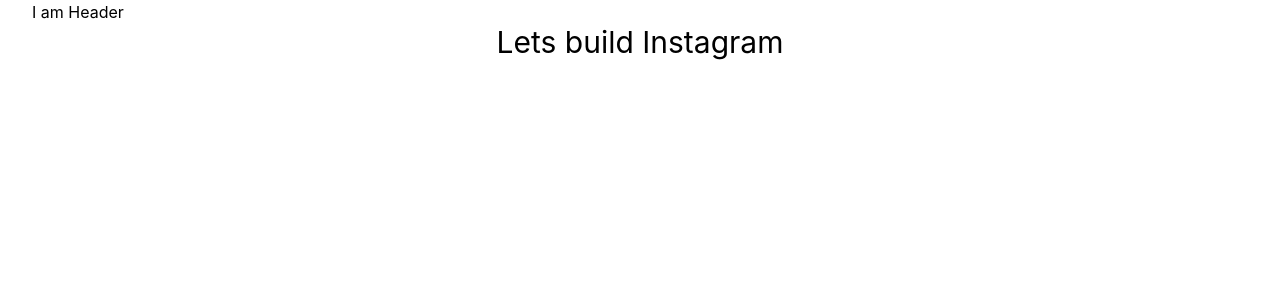
Repository: SehajBindra/insta--clone
Page: /
The author's editor kept a copy of each file at every save. The page is drawn from the files as they stood at one save, then again after the next save.
The browser window is 1280 px wide. The pictures show the whole page.
Pictures or frames that could not be fetched are drawn as grey boxes. The project was rebuilt for these pictures with package versions that can differ from the ones it lists, and the page was loaded fresh each time. The framework's server and built-in components were replaced by stand-ins that run in the browser. Also part of the build but not shown: next.config.js.

Above is the page before, as saved 2022-04-11 01:03:17.

### pages/index.js
import Head from 'next/head'
import Image from 'next/image'
import Header from '../components/Header'
import styles from '../styles/Home.module.css'

export default function Home() {
  return (
    <div className={styles.container}>
      <Head>
        <title>Instagram</title>
        <meta name="description" content="Generated by create next app" />
        <link rel="icon" href="https://upload.wikimedia.org/wikipedia/commons/thumb/a/a5/Instagram_icon.png/600px-Instagram_icon.png" />

      </Head>
      <Header />
     <h1 className='text-3xl text-center' >Lets build Instagram</h1>
    </div>
  )
}

### components/Header.js
import React from 'react'
import Image from 'next/image';
function Header() {
  return (
    <div><h1>I am Header</h1>

    <div className='relative w-24'>
        <Image src= "https://links.papareact.com/ocw" layout="fill" />
    </div>

    </div>
  )
}

export default Header

### tailwind.config.js
module.exports = {
  content: ["./pages/**/*.{js,ts,jsx,tsx}",
  "./components/**/*.{js,ts,jsx,tsx}",],
  theme: {
    extend: {},
  },
  plugins: [],
}

Loaded but not shown: pages/_app.js (common file); styles/globals.css (common file); styles/Home.module.css (common file)

After the next save:
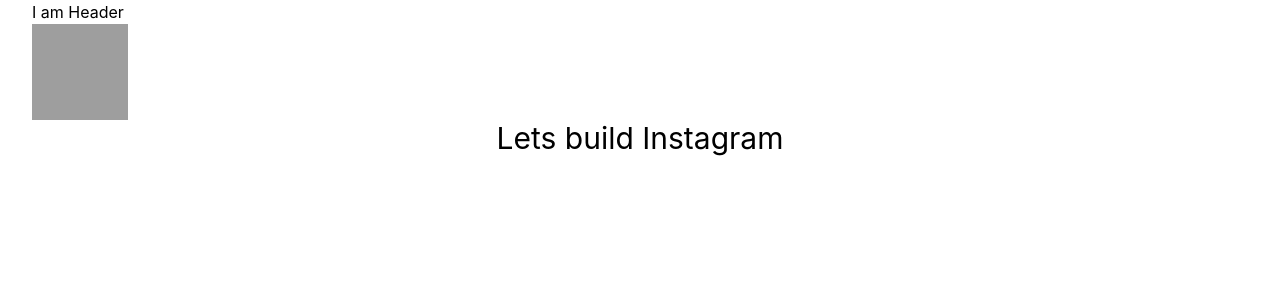
Saved 46 s later.
--- a/components/Header.js
+++ b/components/Header.js
@@ -4,7 +4,7 @@
   return (
     <div><h1>I am Header</h1>
 
-    <div className='relative w-24'>
+    <div className='relative w-24 h-24'>
         <Image src= "https://links.papareact.com/ocw" layout="fill" />
     </div>
 
